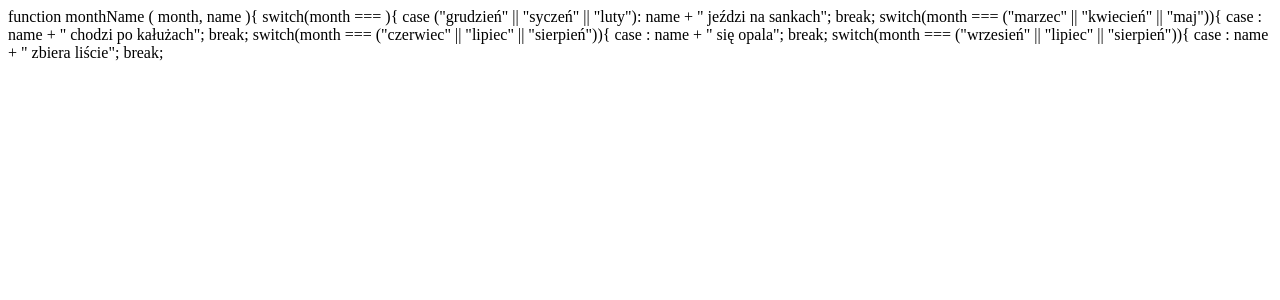
Repository: Maxs777/wizytowka
Page: index.html
An editor plug-in stored every save of this project. The page is shown before and after the next save, followed by the edit.
The browser window is 1280 px wide. The pictures show the whole page.

Above is the page before, as saved 2019-03-06 14:50:44.

After the next save:
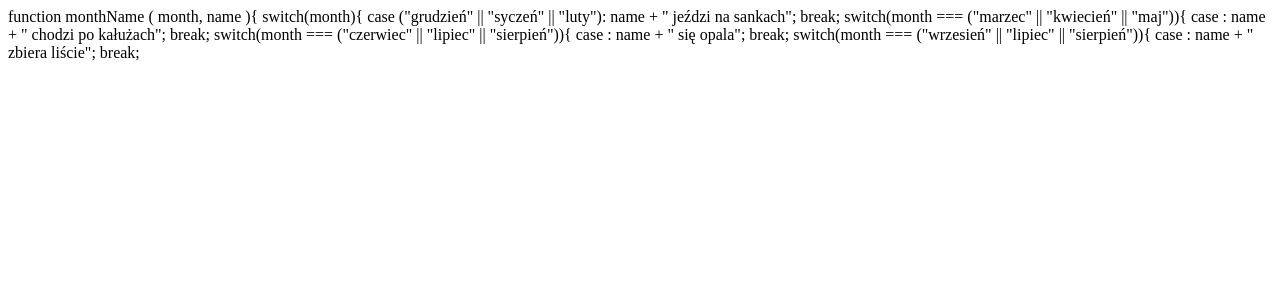
Saved 5 s later.
--- a/index.html
+++ b/index.html
@@ -14,7 +14,7 @@
 
 
 function monthName ( month, name ){
-switch(month === ){
+switch(month){
 case ("grudzień" || "syczeń" || "luty"):
 name + " jeździ na sankach";
 break;
